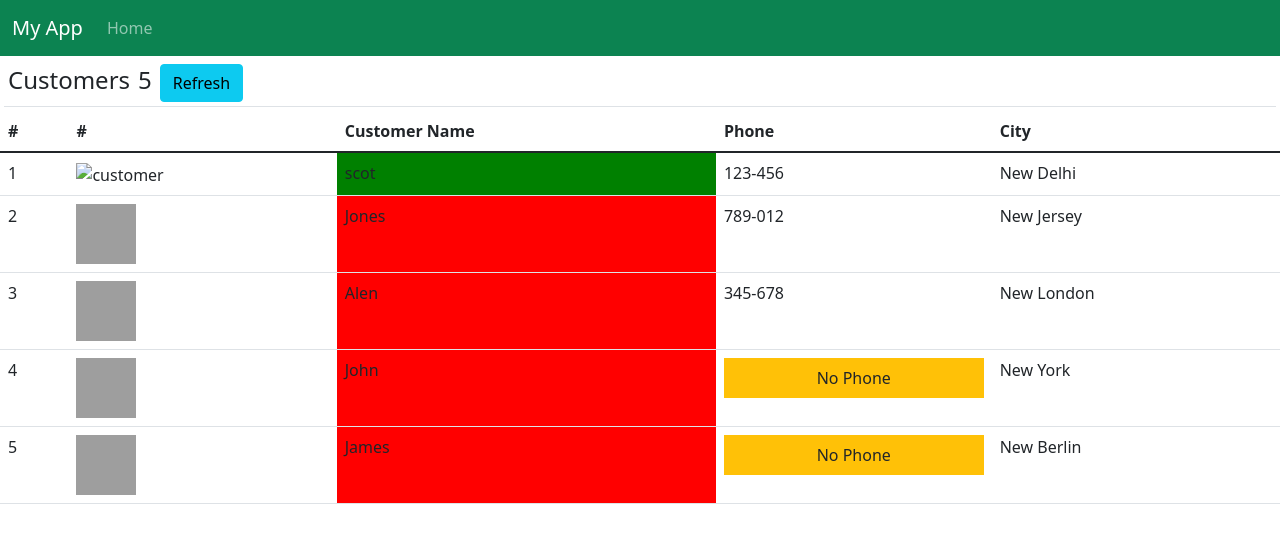
Repository: smit1298/e-commerce
Page: /
An editor plug-in stored every save of this project. The page is shown before and after the next save, followed by the edit.
The browser window is 1280 px wide. The pictures show the whole page.
Pictures or frames that could not be fetched are drawn as grey boxes. The project was rebuilt for these pictures with package versions that can differ from the ones it lists, and the page was loaded fresh each time.

Above is the page before, as saved 2022-05-10 21:29:25.

After the next save:
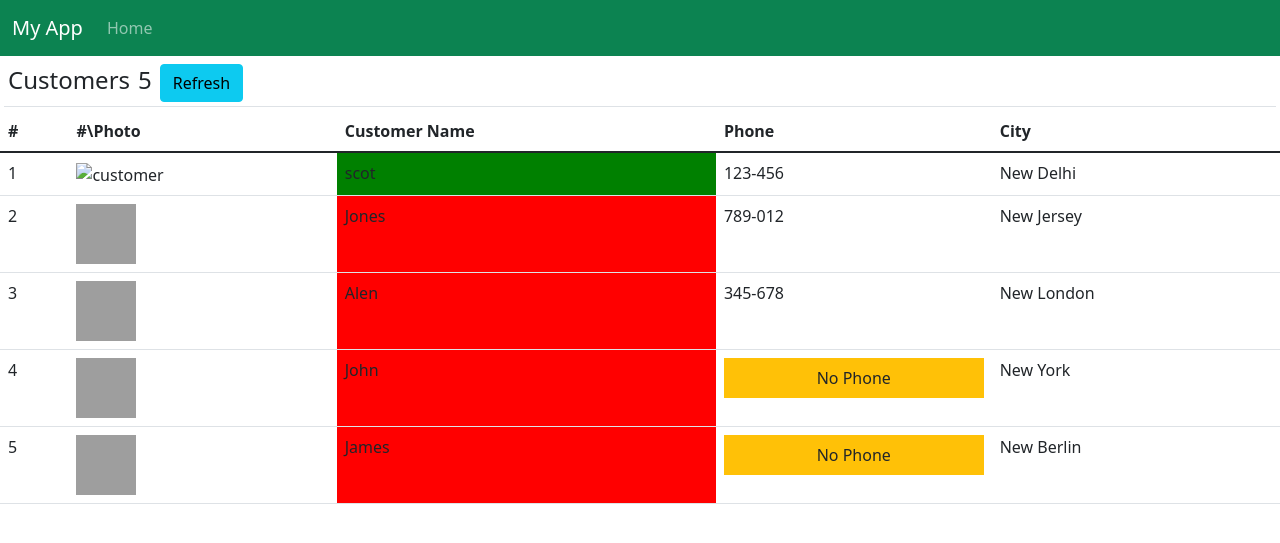
Saved 5 s later.
--- a/src/MainContent.jsx
+++ b/src/MainContent.jsx
@@ -51,7 +51,7 @@ export default class MainContent extends Component {
           <thead>
             <tr>
               <th>#</th>
-              <th>#</th>
+              <th>#\Photo</th>
               <th>Customer Name</th>
               <th>Phone</th>
               <th>City</th>
